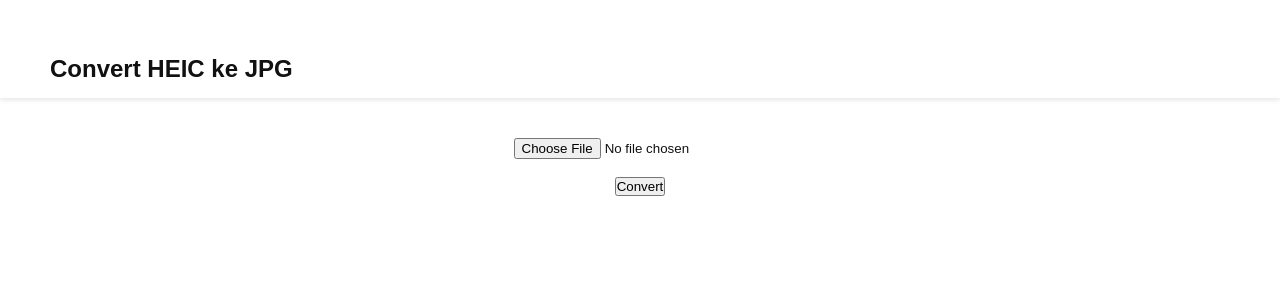
Repository: procinema22/hiisedulurfc
Page: hesedulur-main/convert-image.html
The author's editor kept a copy of each file at every save. The page is drawn from the files as they stood at one save, then again after the next save.
The browser window is 1280 px wide. The pictures show the whole page.

Above is the page before, as saved 2026-04-23 23:14:53.

After the next save:
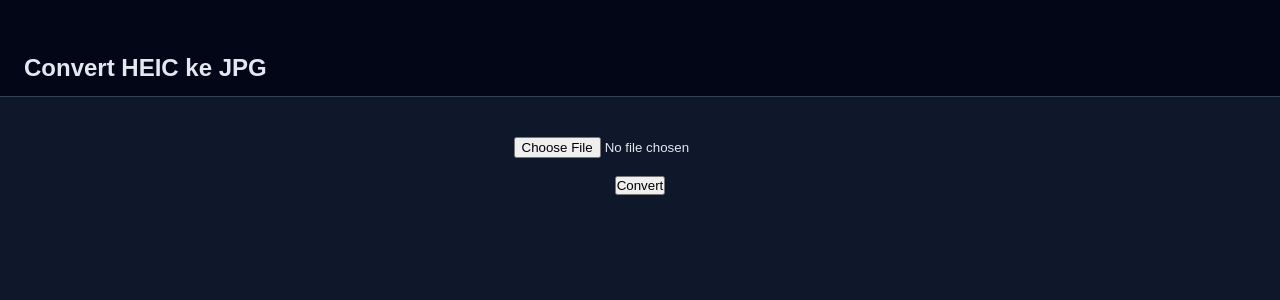
Saved 9 s later.
--- a/hesedulur-main/convert-image.html
+++ b/hesedulur-main/convert-image.html
@@ -6,7 +6,7 @@
 
 <title>Convert HEIC ke JPG</title>
 
-<link rel="stylesheet" href="css/style.css">
+<link rel="stylesheet" href="css/cetak.css">
 
 <script src="https://cdn.jsdelivr.net/npm/heic2any/dist/heic2any.min.js"></script>
 </head>
